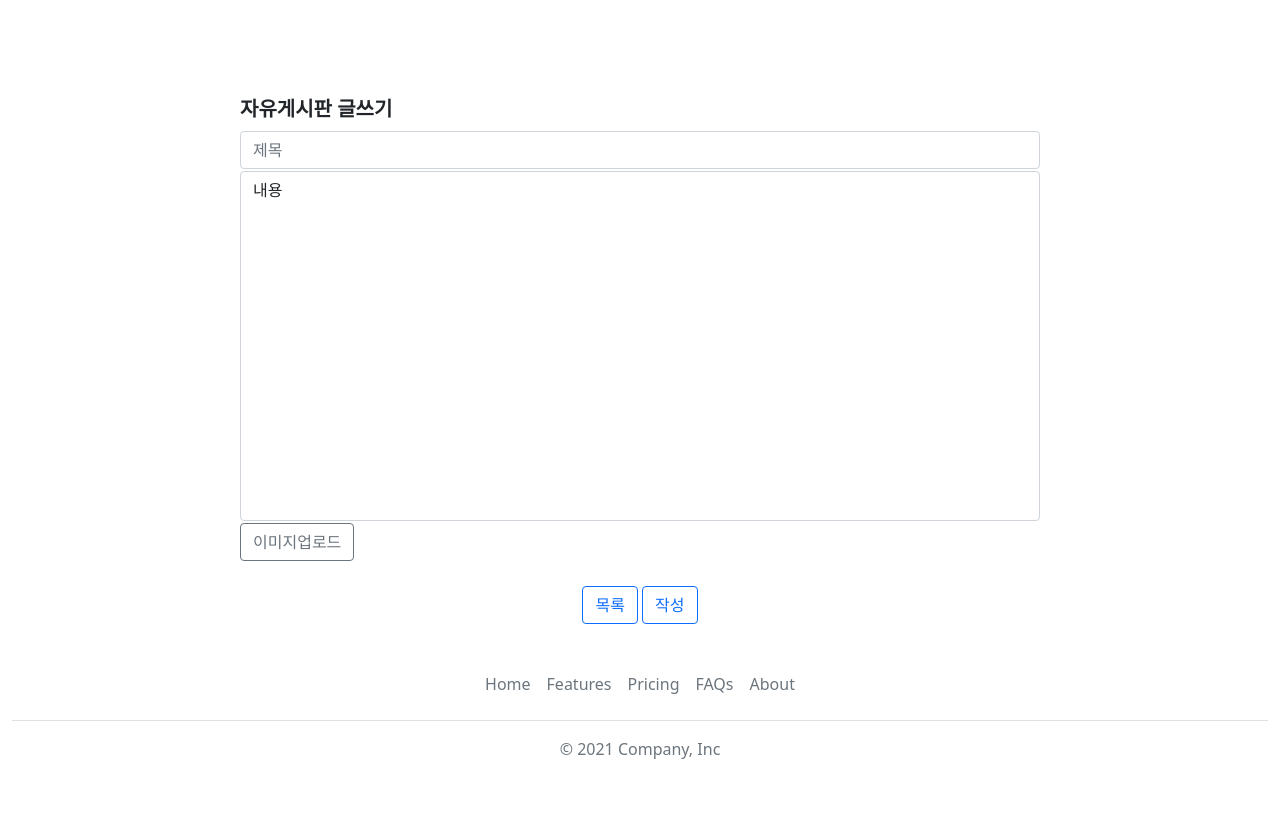
Repository: isssson/MVC2_more
Page: http://localhost/more/WEB-INF/views/bbs/bbsWrite.jsp
These files come from the project's save history. The page is drawn as it stood at one moment and after the next save; the edit follows.
The browser window is 1280 px wide. The pictures show the part of the page from y = 450 to 1267 px (the page is 1267 px tall).
Some web libraries are served in a nearby version. The page is served by Tomcat 9. Nobody is signed in. The template is opened directly, without the code that normally fills it, so the values that code supplies are empty.

Above is the page before, as saved 2021-12-11 10:44:44.
Console error: TypeError: document.qeurySelector is not a function

After the next save:
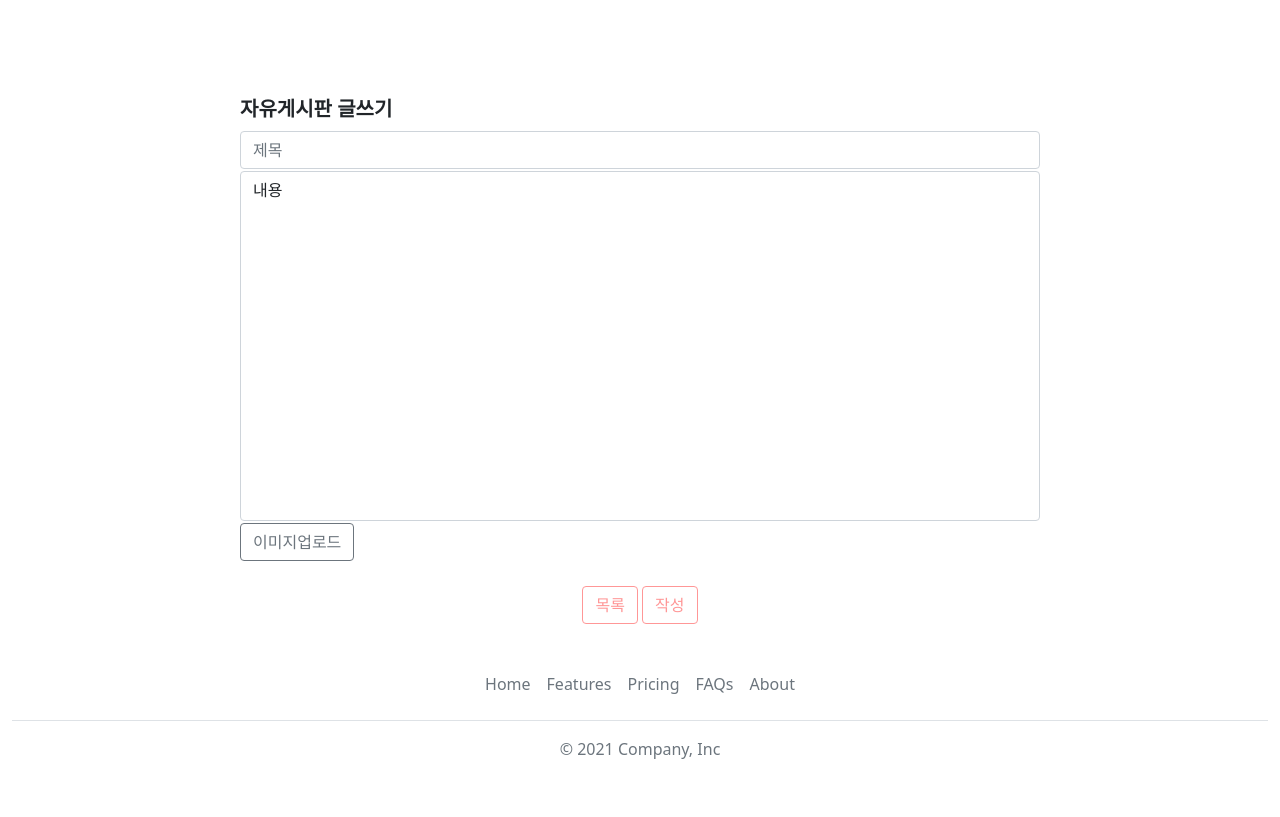
Saved 27 s later.
--- a/more/src/main/webapp/WEB-INF/views/bbs/bbsWrite.jsp
+++ b/more/src/main/webapp/WEB-INF/views/bbs/bbsWrite.jsp
@@ -77,11 +77,11 @@
     color: white;
     text-align: center;
 }
-.btn-primary{
+.btn-outline-primary{
 	color: #ff9797;
 	border-color: #ff9797;
 }
-.btn-primary:hover{
+.btn-outline-primary:hover{
 	background-color: #ff9797;
 	border-color: #ff9797;
 	color:white;
